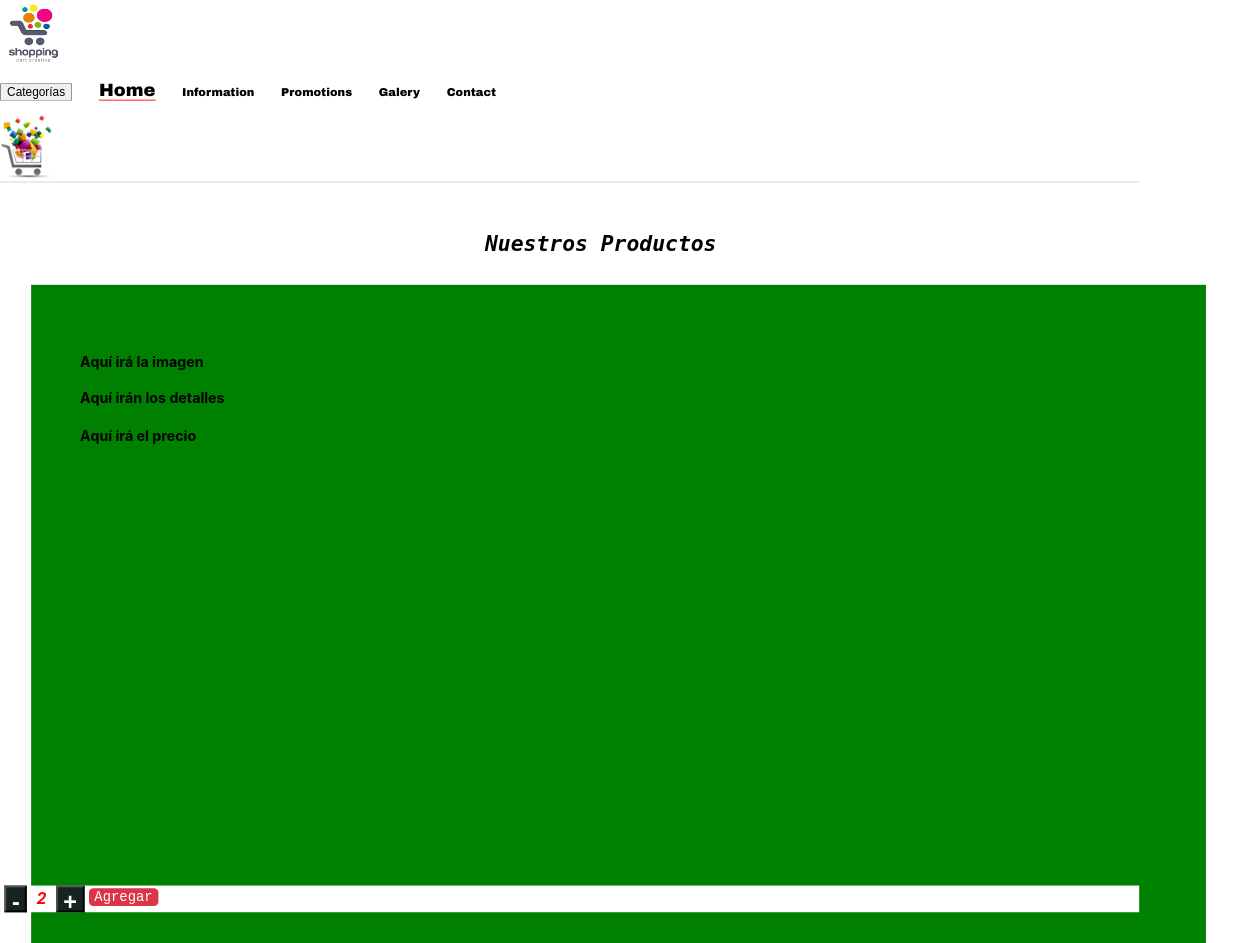
Repository: gustavomanuelquintana/CoderRepository
Page: / (app in cards-commers/)
An editor plug-in stored every save of this project. The page is shown before and after the next save, followed by the edit.
The browser window is 1280 px wide. The page is 1405 px wide, so the pictures cover 1405 px, including what lies to the right of the window. The pictures show the whole page, at 89% of full size.
The project was rebuilt for these pictures with package versions that can differ from the ones it lists, and the page was loaded fresh each time.

Above is the page before, as saved 2020-10-31 14:45:22.

After the next save:
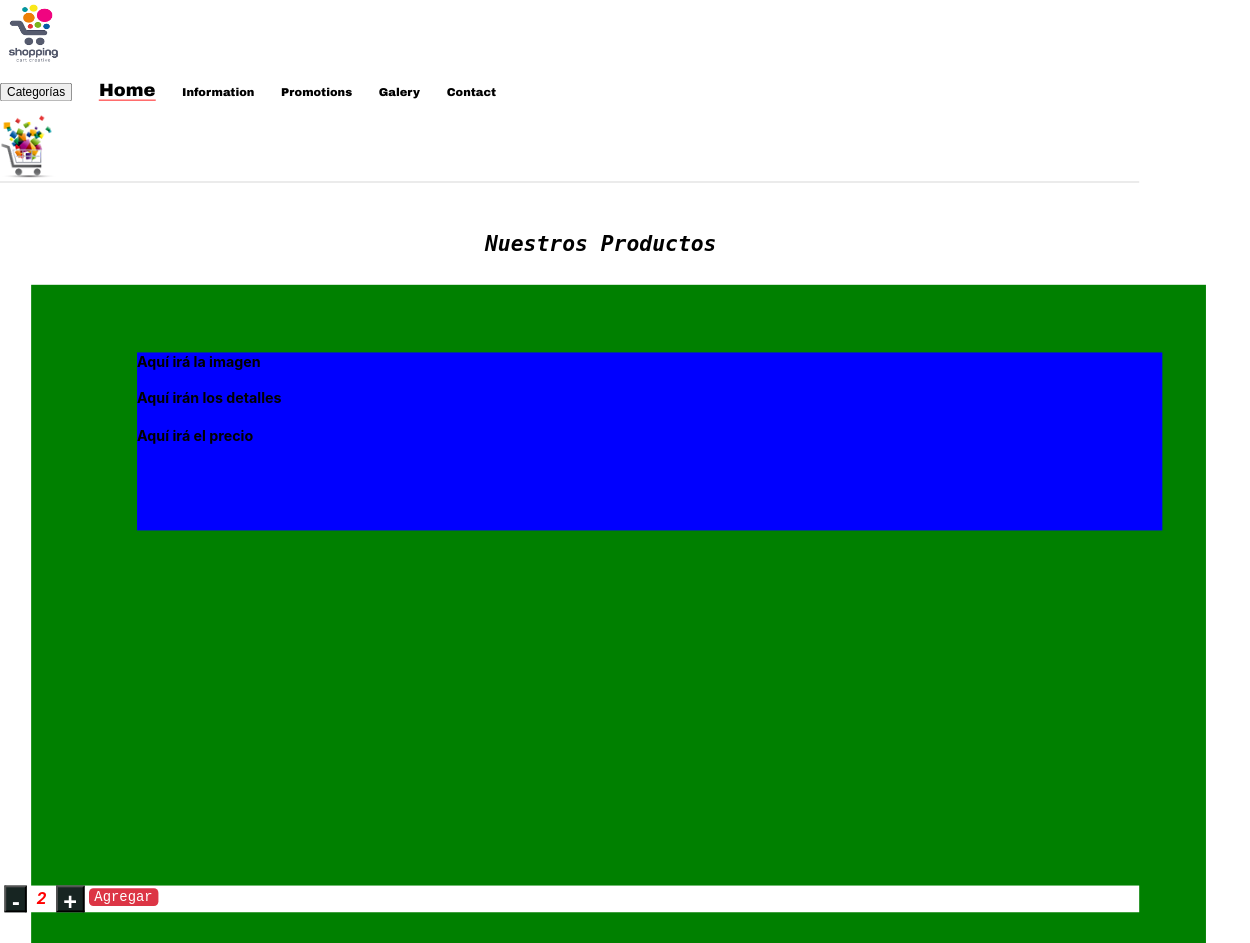
Saved 31 s later.
--- a/cards-commers/src/Components/ItemListContainer/Item/Item.js
+++ b/cards-commers/src/Components/ItemListContainer/Item/Item.js
@@ -7,7 +7,7 @@ import './Item.css';
 
 function Item({listProducts}){
     return <Container>
-    <Row>
+    <Row className="Item">
       <Col xs="6" sm="4">
           <div className="containerImage">
               <h4>Aquí irá la imagen</h4>
